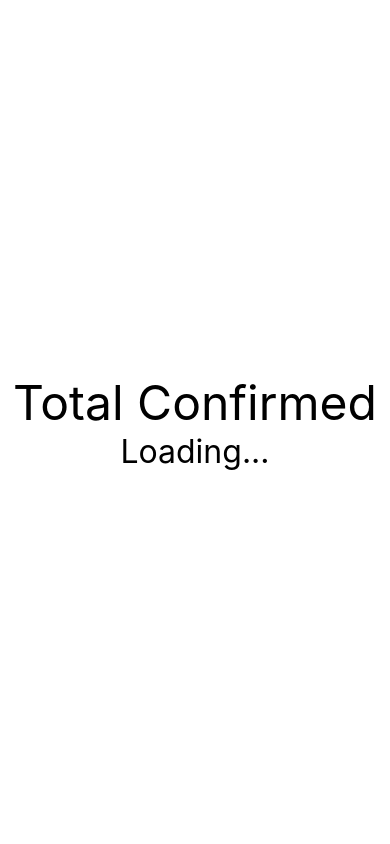
Repository: 0x77dev/coronavirus
Screen: /
These files come from the project's save history. The screen is drawn as it stood at one moment and after the next save; the edit follows.
The page's requests for data from a server got no answer. The app was drawn by React Native's web renderer in a window 390 px wide. The project was rebuilt for these pictures with package versions that can differ from the ones it lists, and the page was loaded fresh each time. No one was signed in, and anything a server would have sent is missing.

Above is the screen before, as saved 2020-03-13 17:54:03.

After the next save:
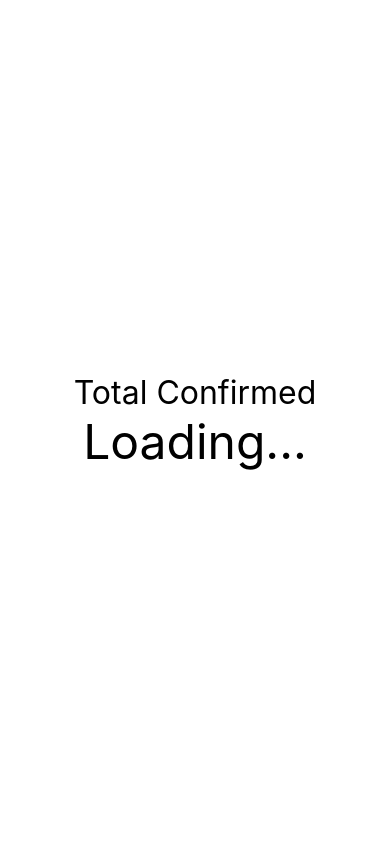
Saved 5 s later.
--- a/App.tsx
+++ b/App.tsx
@@ -13,8 +13,8 @@ export default class App extends React.Component {
   render() {
     return (
       <View style={styles.container} >
-        <Text style={{ fontSize: 48 }}>Total Confirmed</Text>
-        <Text style={{ fontSize: 32 }}>{this.state.totalConfirmed}</Text>
+        <Text style={{ fontSize: 32 }}>Total Confirmed</Text>
+        <Text style={{ fontSize: 48 }}>{this.state.totalConfirmed}</Text>
       </View>
     );
   }
